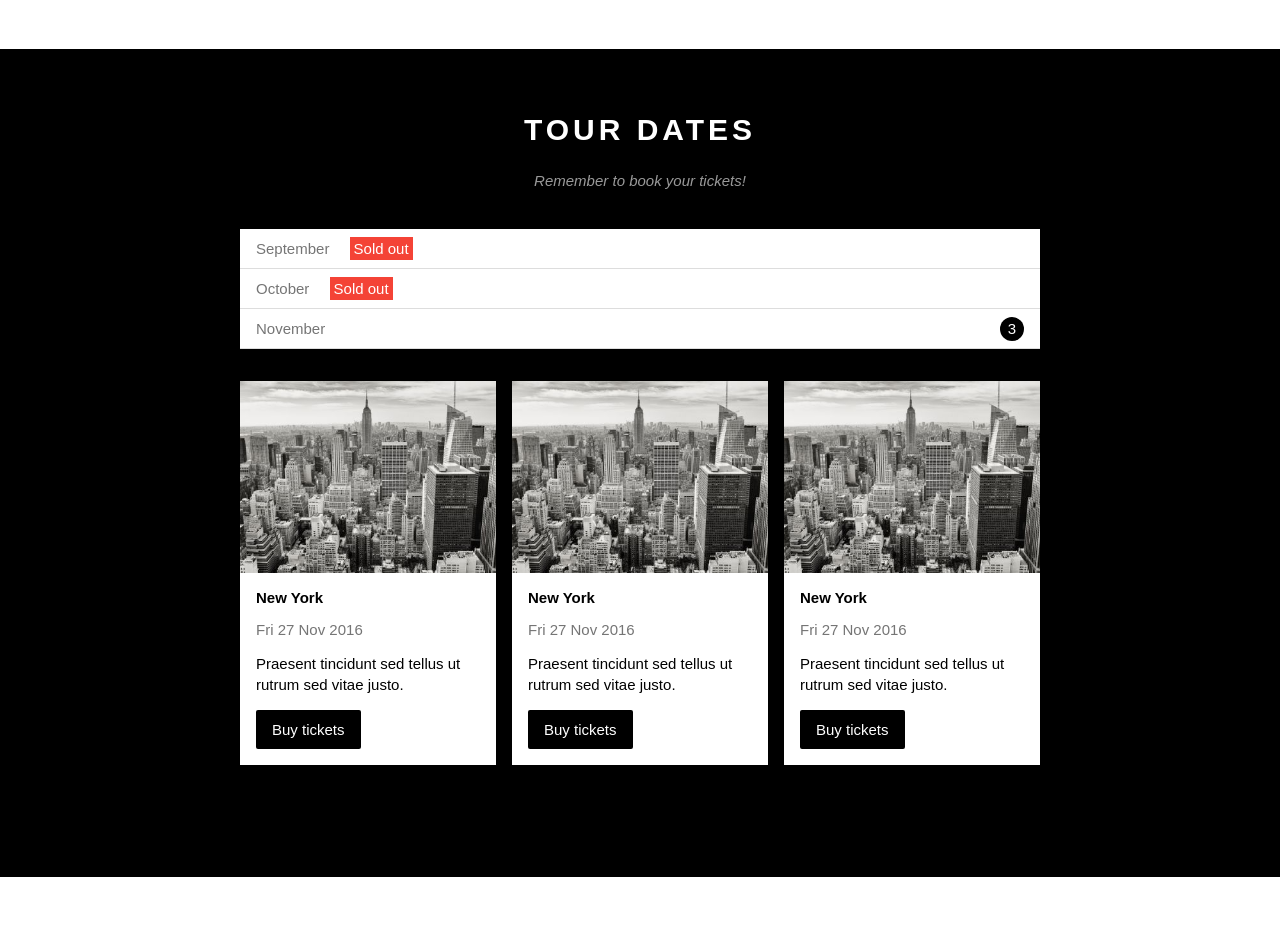
Repository: Phunobita/The-band-w3school
Page: index.html
These files come from the project's save history. The page is drawn as it stood at one moment and after the next save; the edit follows.
The browser window is 1280 px wide. The pictures show the part of the page from y = 894 to 1846 px (the page is 1975 px tall).
A picture or video elsewhere on the page could not be fetched, so the positions and the page height are approximate.

Above is the page before, as saved 2021-12-02 22:46:16.

### index.html
<!DOCTYPE html>
<html lang="en">

<head>
    <meta charset="UTF-8">
    <meta http-equiv="X-UA-Compatible" content="IE=edge">
    <meta name="viewport" content="width=device-width, initial-scale=1.0">
    <title>The band</title>
    <link rel="stylesheet" href="./assets/fonts/themify-icons-font/themify-icons/themify-icons.css">
    <link rel="stylesheet" href="./assets/css/style.css">
</head>

<body>
    <div id="main">
        <div id="header">
            <!--Begin nav-->
            <ul id="nav">
                <li><a href="">Home</a></li>
                <li><a href="">Band</a></li>
                <li><a href="">Tour</a></li>
                <li><a href="">Contact</a></li>
                <li>
                    <a href="">
                        More
                        <i class="nav-arrow-down ti-angle-down"></i>
                    </a>
                    <ul class="subnav">
                        <li><a href="">Merchandise</a></li>
                        <li><a href="">Extras</a></li>
                        <li><a href="">Media</a></li>
                    </ul>
                </li>
            </ul>
            <!--End nav-->
            <div class="search-btn">
                <i class="search-icon ti-search"></i>
            </div>
        </div>

        <div id="slider">
            <img src="./assets/img/chicago.jpg" alt="" class="slider__img">
            <div class="text-content">
                <h2 class="heading">New York</h2>
                <div class="content">The atmosphere in New York is lorem ipsum</div>
            </div>

        </div>
        <!--About section-->
        <div id="content">
            <div class="content-section">
                <h2 class="section-heading">THE BAND</h2>
                <p class="section-sub-heading">We love music</p>
                <p class="about-text">We have created a fictional band website. Lorem ipsum dolor sit amet, consectetur
                    adipiscing elit, sed do eiusmod tempor incididunt ut labore et dolore magna aliqua. Ut enim ad minim
                    veniam, quis nostrud exercitation ullamco laboris nisi ut aliquip ex ea commodo consequat. Duis aute
                    irure dolor in reprehenderit in voluptate velit esse cillum dolore eu fugiat nulla pariatur.
                    Excepteur sint occaecat cupidatat non proident, sunt in culpa qui officia deserunt mollit anim id
                    est laborum consectetur adipiscing elit, sed do eiusmod tempor incididunt ut labore et dolore magna
                    aliqua. Ut enim ad minim veniam, quis nostrud exercitation ullamco laboris nisi ut aliquip ex ea
                    commodo consequat.</p>
                <div class="Team">
                    <div class="member-item">
                        <p class="member-name">Name</p>
                        <img src="./assets/img/tv.jpg" alt="Name" class="member-img">
                    </div>
                    <div class="member-item">
                        <p class="member-name">Name</p>
                        <img src="./assets/img/tv.jpg" alt="Name" class="member-img">
                    </div>
                    <div class="member-item">
                        <p class="member-name">Name</p>
                        <img src="./assets/img/tv.jpg" alt="Name" class="member-img">
                    </div>
                    <div class="clear"></div>
                </div>
            </div>

            <!--Tour section-->
            <div class="tour__section">
                <div class="content-section">
                    <h2 class="section-heading">TOUR DATES</h2>
                    <p class="section-sub-heading">Remember to book your tickets!</p>

                    <ul class="ticket__list">
                        <li class="ticket__list-item">
                            September
                            <span class="sold-out">Sold out</span>
                        </li>
                        <li class="ticket__list-item">
                            October
                            <span class="sold-out">Sold out</span>
                        </li>
                        <li class="ticket__list-item">
                            November
                            <span class="quantity">3</span>
                        </li>
                    </ul>
                    <div class="place__list">
                        <div class="place__list-item">
                            <img src="./assets/img/newyork.jpg" alt="New York" class="place__img">
                            <div class="place-body">
                                <h3 class="place-heading">New York</h3>
                                <p class="place-time">Fri 27 Nov 2016</p>
                                <p class="place-description">Praesent tincidunt sed tellus ut rutrum sed vitae justo.
                                </p>
                                <a href="#" class="place-buy-btn">Buy tickets</a>
                            </div>
                        </div>
                        <div class="place__list-item">
                            <img src="./assets/img/newyork.jpg" alt="New York" class="place__img">
                            <div class="place-body">
                                <h3 class="place-heading">New York</h3>
                                <p class="place-time">Fri 27 Nov 2016</p>
                                <p class="place-description">Praesent tincidunt sed tellus ut rutrum sed vitae justo.
                                </p>
                                <a href="#" class="place-buy-btn">Buy tickets</a>
                            </div>
                        </div>
                        <div class="place__list-item">
                            <img src="./assets/img/newyork.jpg" alt="New York" class="place__img">
                            <div class="place-body">
                                <h3 class="place-heading">New York</h3>
                                <p class="place-time">Fri 27 Nov 2016</p>
                                <p class="place-description">Praesent tincidunt sed tellus ut rutrum sed vitae justo.
                                </p>
                                <a href="#" class="place-buy-btn">Buy tickets</a>
                            </div>
                        </div>
                        <div class="clear"></div>
                    </div>
                </div>
            </div>
            <!--Contact section-->
            <div class="content-section">
                <h2 class="section-heading">CONTACT</h2>
                <p class="section-sub-heading">Fan? Drop a note!</p>
            </div>

            <div id="footer">

            </div>
        </div>
</body>

</html>

### assets/css/style.css
* {
  padding: 0;
  margin: 0;
  box-sizing: border-box;
}
html {
  font-family: Arial, Helvetica, sans-serif;
}
/*
1.vi tri
2. kich thuoc
3.Mau sac
4. Hinh dang
*/
.clear {
  clear: both;
}
#main {
}
#header {
  height: 46px;
  background-color: black;
  position: fixed;
  top: 0;
  left: 0;
  right: 0;
  z-index: 1;
}
#nav {
  display: inline-block;
}
#nav,
.subnav {
  list-style-type: none;
}
#nav > li > a {
  color: #fff;
  text-transform: uppercase;
}
#nav li a {
  text-decoration: none;
  line-height: 46px;
  padding: 0 24px;
  display: block;
}
#nav > li:hover > a,
#nav .subnav li:hover a {
  color: black;
  background-color: #ccc;
}
#nav li:hover .subnav {
  display: block;
}
#nav > li {
  display: inline-block;
  position: relative;
}
#nav .nav-arrow-down {
  font-size: 14px;
}
#nav .subnav {
  display: none;
  min-width: 160px;
  position: absolute;
  top: 100%;
  background-color: white;
  box-shadow: 0 0 10px rgba(0, 0, 0, 0.3);
}
#nav .subnav a {
  color: black;
  padding: 0 12px;
  line-height: 38px;
}
#header .search-btn {
  float: right;
  padding: 0 21px;
  cursor: pointer;
}
#header .search-icon {
  color: #fff;
  font-size: 20px;
  line-height: 46px;
}
#header .search-btn:hover {
  background-color: #f44336;
}
#slider {
  margin-top: 46px;
  position: relative;
  background: url("/assets/img/chicago.jpg") top center / cover no-repeat;
}
#slider .text-content {
  position: absolute;
  bottom: 47px;
  color: white;
  width: 100%;
  text-align: center;
}
#silder .heading {
  font-weight: 500px;
  font-size: 24px;
}
#slider .content {
  font-size: 15px;
  margin-top: 25px;
}
#content {
}
#content .content-section {
  padding: 64px 0;
  width: 800px;
  margin-left: auto;
  margin-right: auto;
}
#content .section-heading {
  font-size: 30px;
  font-weight: 500px;
  text-align: center;
  letter-spacing: 4px;
}
#content .section-sub-heading {
  font-size: 15px;
  text-align: center;
  margin-top: 25px;
  font-style: italic;
  opacity: 0.6;
}
#content .about-text {
  margin-top: 25px;
  text-align: justify;
  line-height: 1.4;
  font-size: 15px;
}
#content .member-item {
  float: left;
  width: calc(100% / 3);
  text-align: center;
}
#content .Team {
  margin-top: 48px;
}
#content .member-name {
  font-size: 15px;
  margin-bottom: 15px;
}
#content .member-img {
  width: 154px;
  border-radius: 4px;
}

/* Tour section */
.tour__section {
  background-color: #000;
}
.section-heading,
.section-sub-heading {
  color: #fff;
}
.ticket__list {
  background-color: #fff;
  margin-top: 40px;
  list-style: none;
}
.ticket__list-item {
  color: #757575;
  font-size: 15px;
  padding: 11px 16px;
  border-bottom: 1px solid #ddd;
}
.ticket__list .sold-out {
  color: #fff;
  background-color: #f44336;
  padding: 3px 4px;
  margin-left: 16px;
}
.ticket__list .quantity {
  float: right;
  width: 24px;
  height: 24px;
  background-color: #000;
  color: #fff;
  border-radius: 50%;
  text-align: center;
  line-height: 24px;
  margin-top: -3px;
}

/*  Place body*/
.place__list {
  margin: 32px -8px 48px -8px;
  padding-bottom: px;
}
.place__list-item {
  float: left;
  width: 33.3333%;
  padding: 0 8px;
}
.place__img {
  width: 100%;
  display: block;
}
.place__img:hover {
  opacity: 0.7;
}
.place-body {
  background-color: #fff;
  padding: 16px;
  font-size: 15px;
}
.place-heading {
  font-size: 15px;
  font-weight: 600;
}
.place-time {
  margin-top: 15px;
  color: #757575;
}
.place-description {
  margin-top: 15px;
  line-height: 1.4;
}
.place-buy-btn {
  display: inline-block;
  background-color: black;
  color: #fff;
  text-decoration: none;
  padding: 11px 16px;
  margin-top: 15px;
  border-radius: 2px;
}
.place-buy-btn:hover {
  color: #000;
  background-color: #ccc;
}

#footer {
}

Loaded but not shown: assets/fonts/themify-icons-font/themify-icons/themify-icons.css (common file)

After the next save:
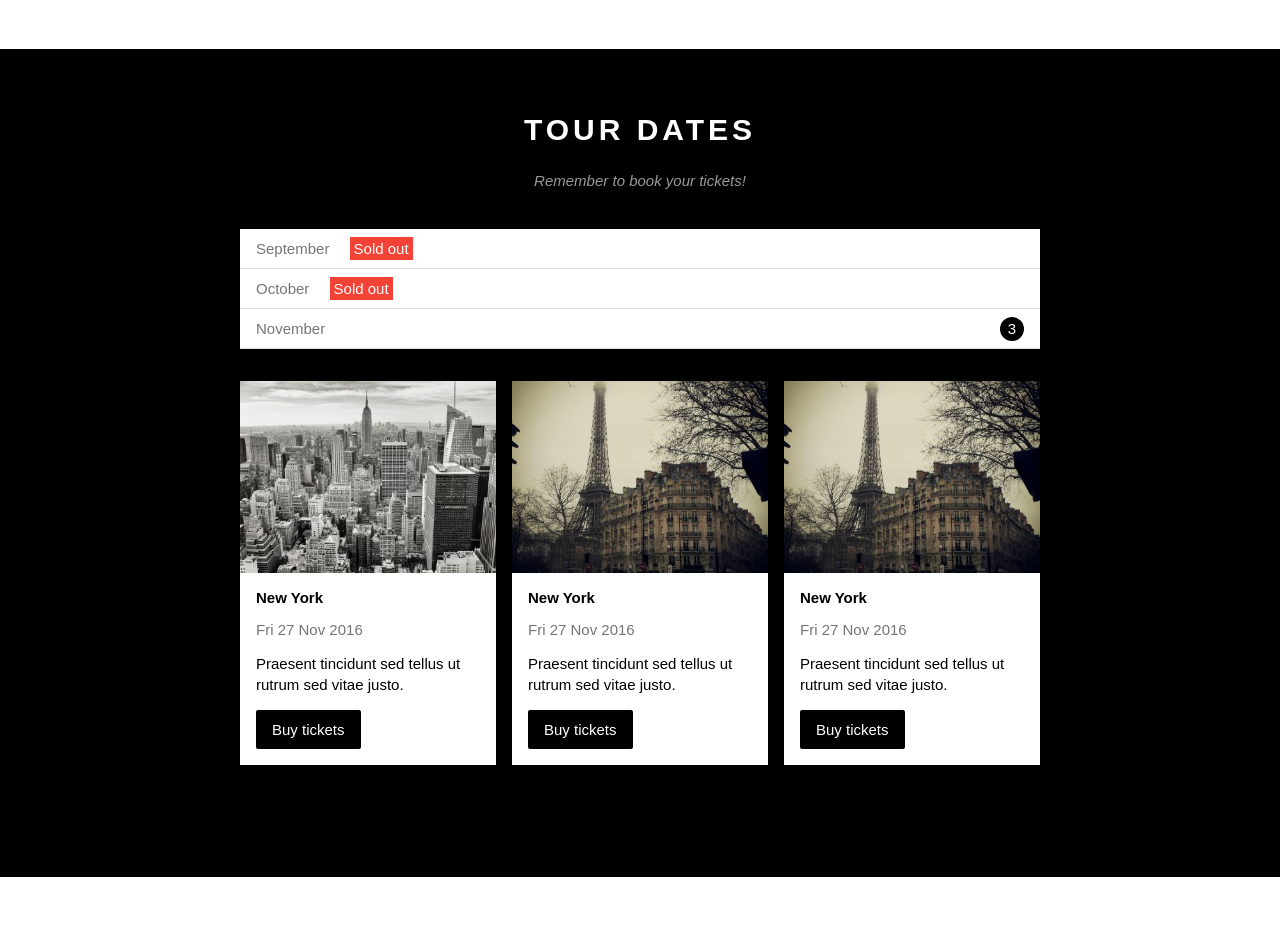
Saved 41 s later.
--- a/index.html
+++ b/index.html
@@ -107,7 +107,7 @@
                             </div>
                         </div>
                         <div class="place__list-item">
-                            <img src="./assets/img/newyork.jpg" alt="New York" class="place__img">
+                            <img src="./assets/img/paris.jpg" alt="New York" class="place__img">
                             <div class="place-body">
                                 <h3 class="place-heading">New York</h3>
                                 <p class="place-time">Fri 27 Nov 2016</p>
@@ -117,7 +117,7 @@
                             </div>
                         </div>
                         <div class="place__list-item">
-                            <img src="./assets/img/newyork.jpg" alt="New York" class="place__img">
+                            <img src="./assets/img/paris.jpg" alt="New York" class="place__img">
                             <div class="place-body">
                                 <h3 class="place-heading">New York</h3>
                                 <p class="place-time">Fri 27 Nov 2016</p>
